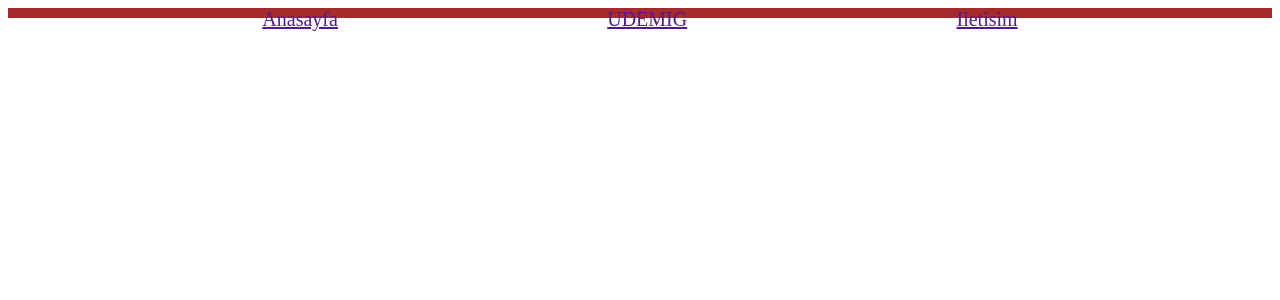
Repository: Kubraaygun/Html_Css_Login
Page: index.html
An editor plug-in stored every save of this project. The page is shown before and after the next save, followed by the edit.
The browser window is 1280 px wide. The pictures show the whole page.

Above is the page before, as saved 2025-03-04 20:52:26.

### index.html
<!DOCTYPE html>
<html lang="en">
  <head>
    <meta charset="UTF-8" />
    <meta name="viewport" content="width=device-width, initial-scale=1.0" />
    <title>HTML</title>
    <link rel="stylesheet" href="style.css" />
  </head>
  <body>
    <header style="background-color: brown; height: 10px">
      <div class="contain">
        <div
          style="
            display: flex;
            text-decoration: none;
            justify-content: space-evenly;
            gap: 15px;
          "
        >
          <a href="">Anasayfa</a>
          <a href="">UDEMIG</a>
          <a href="">Iletisim</a>
        </div>
      </div>
    </header>
  </body>
</html>

### style.css
body {
  font-size: 20px;
}
.h1:hover {
  background-color: purple;
}
#h1:hover {
  color: purple;
}
.link:hover {
  text-decoration: none;
}

ol {
  background-color: aqua;
  border: 10px groove red;
}
ul {
  background-color: green;
  margin: 50px 20px 9px 30px;
  border-radius: 30px 50px 1px 50px;
}

li {
  background-color: yellow;
  margin: 10px;
  padding: 10px;
}

After the next save:
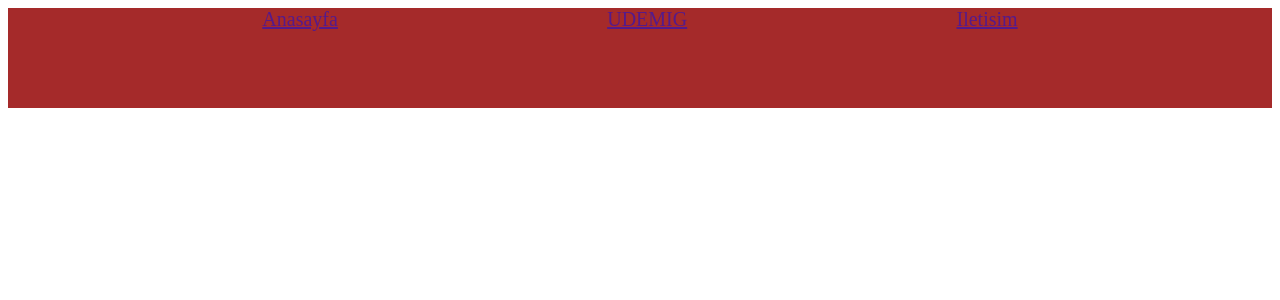
Saved 2 s later.
--- a/index.html
+++ b/index.html
@@ -7,7 +7,7 @@
     <link rel="stylesheet" href="style.css" />
   </head>
   <body>
-    <header style="background-color: brown; height: 10px">
+    <header style="background-color: brown; height: 100px">
       <div class="contain">
         <div
           style="
